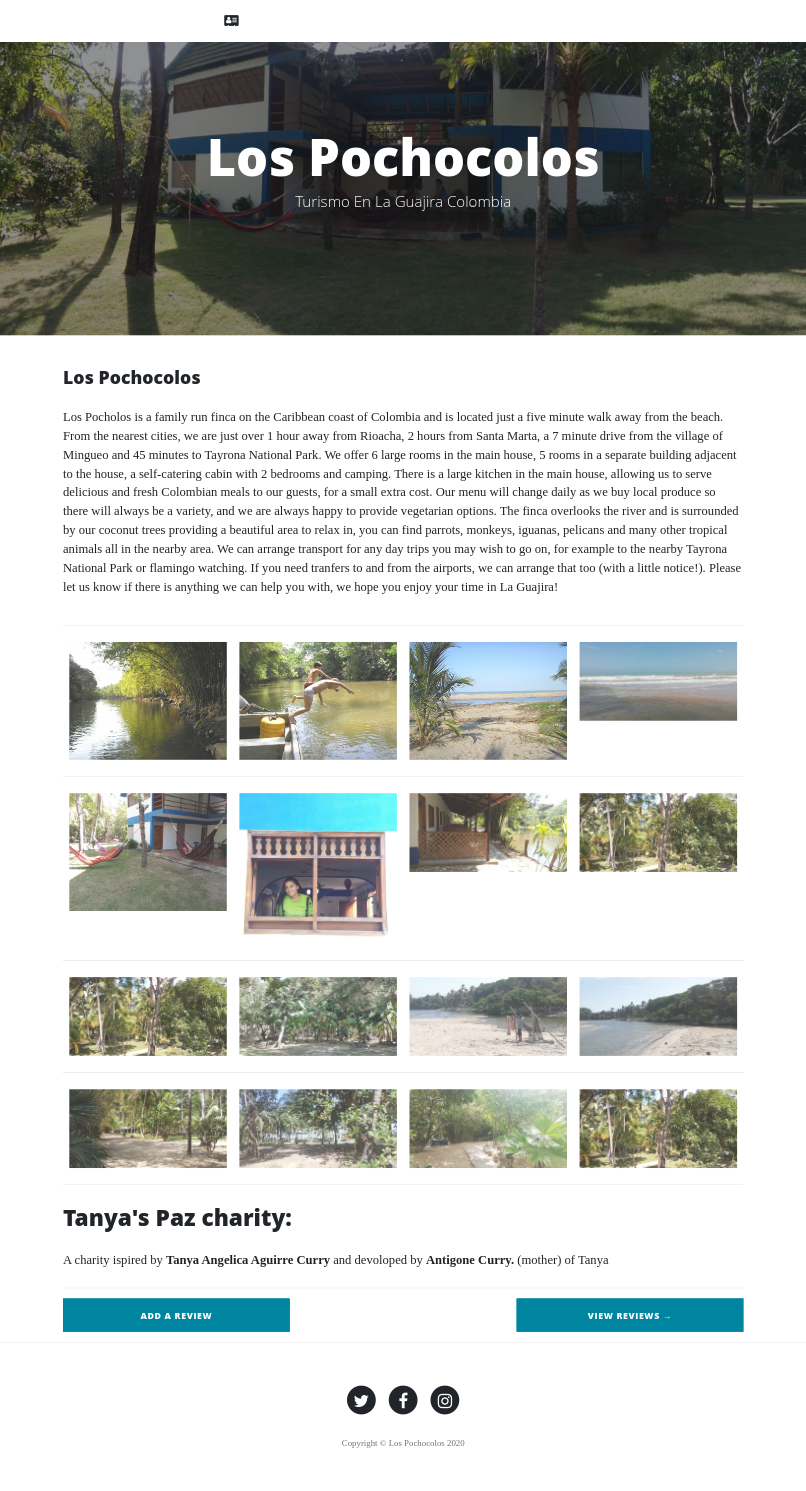
Repository: cachimiro/los-pochoclos
Page: http://localhost/
The author's editor kept a record of every edit. The page is drawn from the files as they stood at one moment, then again after a run of edits.
The browser window is 1280 px wide. The pictures show the whole page, at 63% of full size.
Some web libraries are served in a nearby version. The page is served by the project's application, run on Flask 3 (run.py).

Above is the page before.
Console error: ReferenceError: emailjs is not defined

After the next 2 edits:
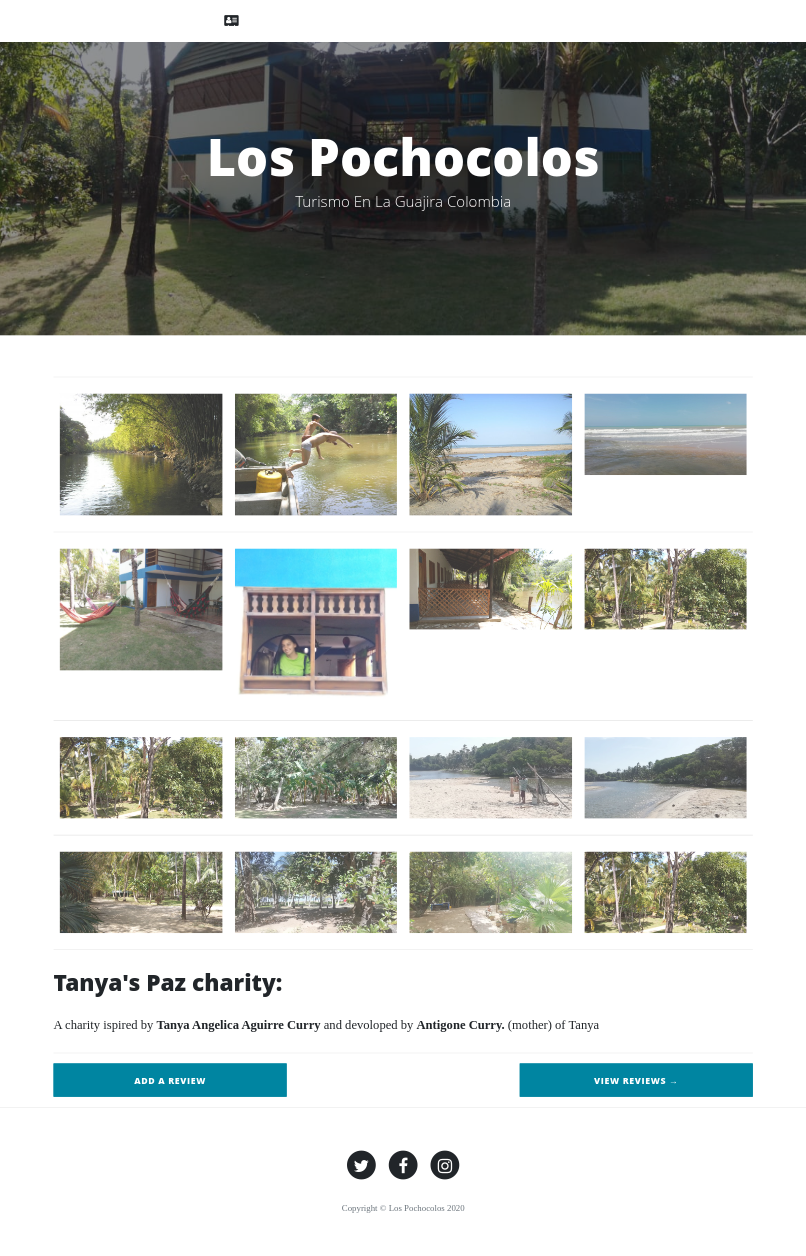
The 2 edits are shown as one change because 1 did not build or start.
The edit:
--- a/templates/index.html
+++ b/templates/index.html
@@ -46,19 +46,11 @@
 </style>
 <div class="container">
 <div class="row">
+  {% for index in indexs %}
     <div class="col-sm-12 col-lg-12 col-md-12 ">
-        <h3>Los Pochocolos</h3>
-        <p>  Los Pocholos is a family run finca on the Caribbean coast of Colombia and is located just a five minute walk away from the beach. From the nearest cities, we are just over 1 hour away from Rioacha, 2 hours from Santa Marta, a 7 minute drive from the village of Mingueo and 45 minutes to Tayrona National Park.
-        We offer 6 large rooms in the main house, 5 rooms in a separate building adjacent to the house, a self-catering cabin with 2 bedrooms and camping. There is a large kitchen in the
-        main house, allowing us to serve delicious and fresh Colombian meals to our guests, for a small extra cost. Our menu will change daily as we buy local produce so there will always be a variety, and we are always happy
-        to provide vegetarian options.
-        The finca overlooks the river and is surrounded by our coconut trees providing a beautiful area to relax in, you can find parrots, monkeys, iguanas, pelicans and many other tropical animals all in the nearby area.
-        We can arrange transport for any day trips you may wish to go on, for example to the nearby Tayrona National Park or flamingo watching. If you need tranfers to and from the airports, we can arrange that too (with a little notice!).
-        Please let us know if there is anything we can help you with, we hope you enjoy your time in La Guajira!
-     </p>
-     {% for index in indexs %}
-     {{ index.title }}
-     {{ index.subject }}
+        <h3>{{ index.title }}</h3>
+        <p>{{ index.subject }}</p>
+
      {% endfor %}
            </div>
         </div>
